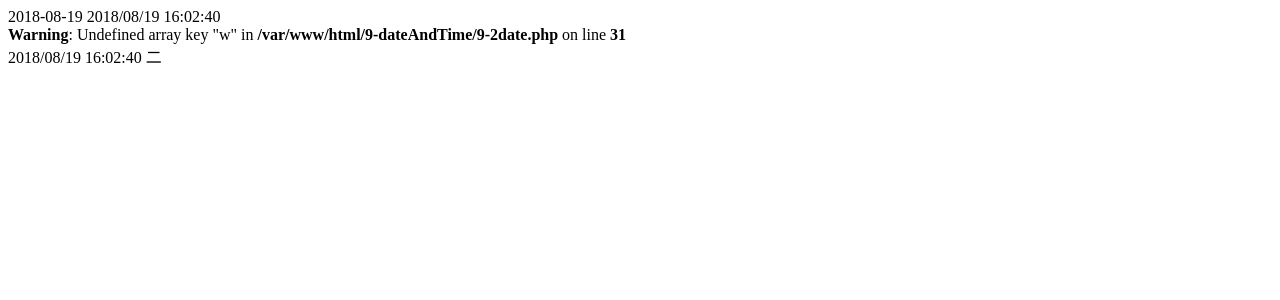
Repository: xiangyu-lin/Python_module
Page: http://localhost/9-dateAndTime/9-2date.php
An editor plug-in stored every save of this project. The page is shown before and after the next save, followed by the edit.
The browser window is 1280 px wide. The pictures show the whole page.
The page is run by PHP 8.4 with error messages shown; the project is at /var/www/html/.

Above is the page before, as saved 2018-08-20 13:28:31.

After the next save:
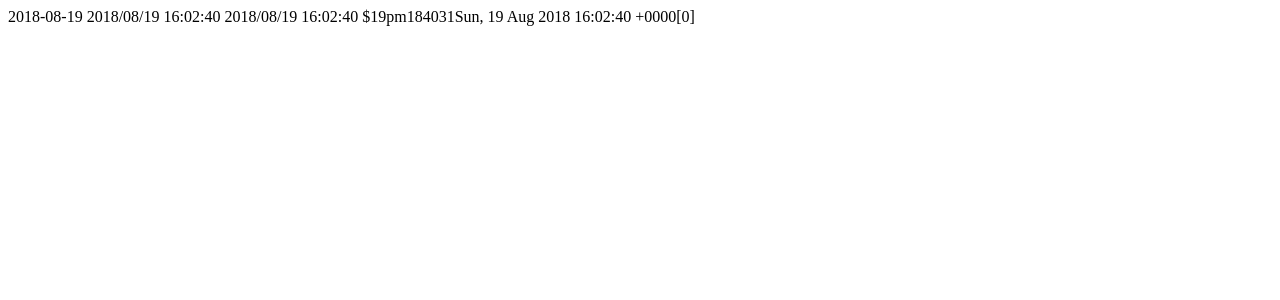
Saved 33 s later.
--- a/demo/9-dateAndTime/9-2date.php
+++ b/demo/9-dateAndTime/9-2date.php
@@ -28,5 +28,4 @@ echo "\n";
 
 // w 获取一周内的第几天  0-6
 $daystr = Array('日', '一', '二', '三', '四', '五', '六');
-echo date("Y/m/d H:i:s $daystr[w]");
-print $daystr[2];
+echo date('Y/m/d H:i:s $daystr[w]');
